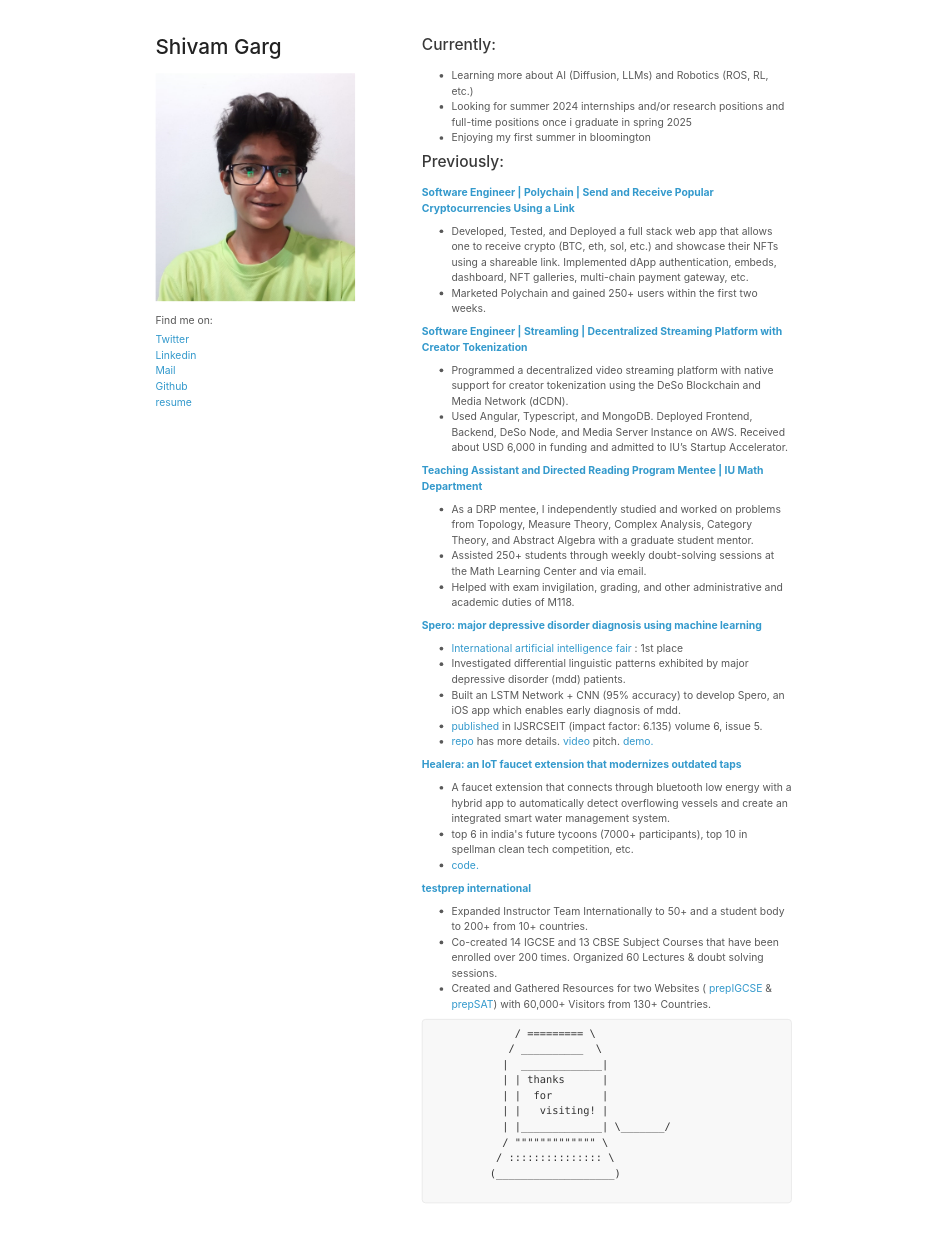
Repository: 22shivam/22shivam.github.io
Page: index.html
The author's editor kept a copy of each file at every save. The page is drawn from the files as they stood at one save, then again after the next save.
The browser window is 1280 px wide. The pictures show the whole page, at 74% of full size.

Above is the page before, as saved 2024-06-17 19:20:54.

After the next save:
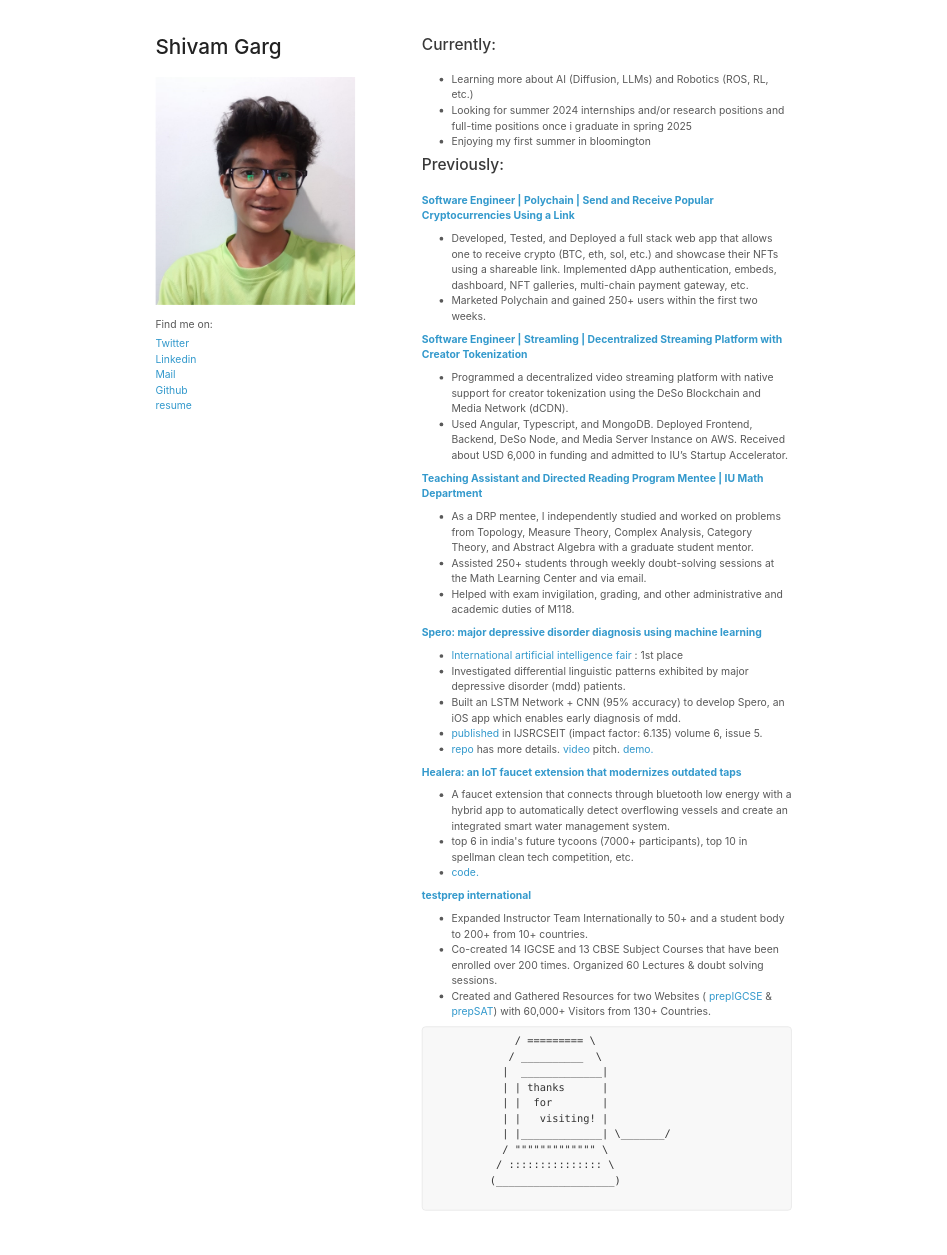
Saved 9 s later.
--- a/css/styles.css
+++ b/css/styles.css
@@ -8,7 +8,7 @@ body {
 
 h1, h2, h3, h4, h5, h6 {
   color:#222;
-  margin:0 0 20px;
+  margin:0 0 25px;
 }
 
 p, ul, ol, table, pre, dl {
